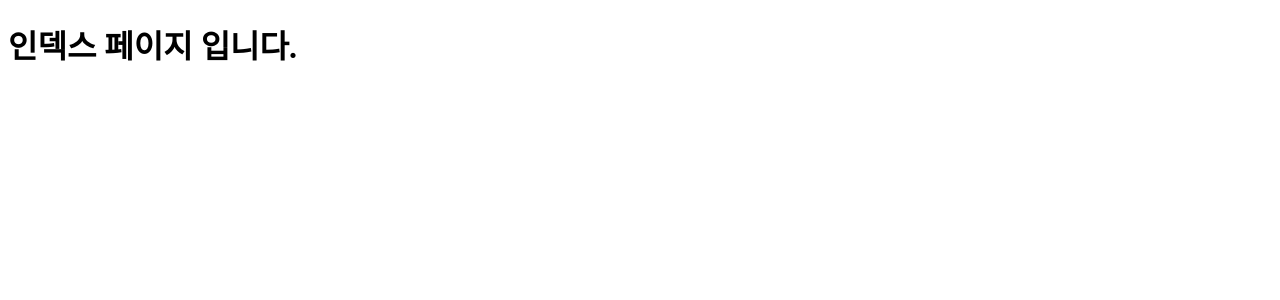
Repository: catfishlove/spring
Page: TestWeb/src/main/resources/static/index.html
The author's editor kept a copy of each file at every save. The page is drawn from the files as they stood at one save, then again after the next save.
The browser window is 1280 px wide. The pictures show the whole page.

Above is the page before, as saved 2024-07-02 01:57:34.

After the next save:
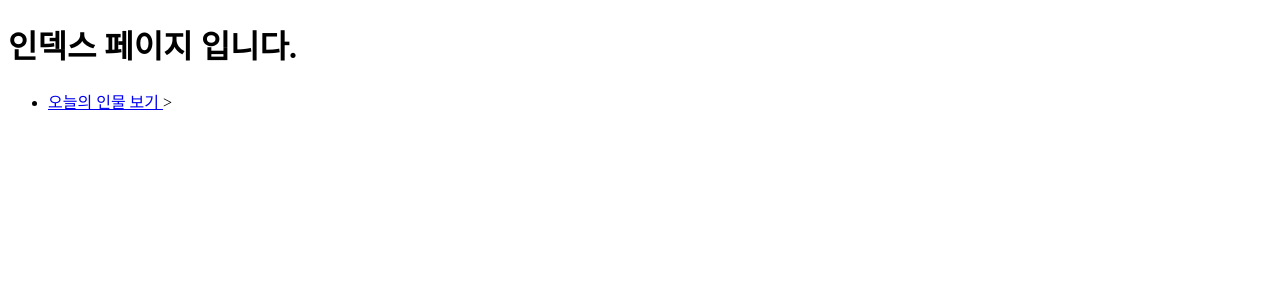
Saved 3 min 42 s later.
--- a/TestWeb/src/main/resources/static/index.html
+++ b/TestWeb/src/main/resources/static/index.html
@@ -7,6 +7,9 @@
 <body>
 	<div class="container">
 		<h1>인덱스 페이지 입니다. </h1>
+		<ul>
+			<li><a href="/test/person"</li>오늘의 인물 보기 </a>></li>
+		</ul>
 	</div>
 </body>
 </html>
